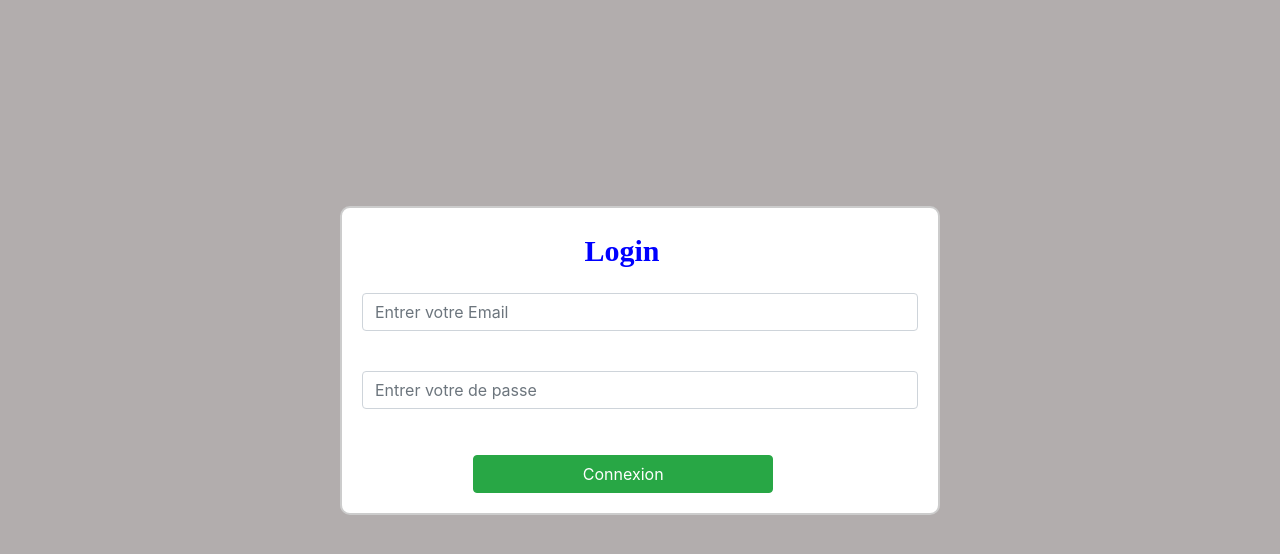
Repository: DiaryRz/FrontWeb
Page: /
The author's editor kept a copy of each file at every save. The page is drawn from the files as they stood at one save, then again after the next save.
The browser window is 1280 px wide. The pictures show the whole page.
The project was rebuilt for these pictures with package versions that can differ from the ones it lists, and the page was loaded fresh each time. Also part of the build but not shown: src/component/css/Header.css, src/component/Header.jsx, src/page/css/AppAffichage.css, src/component/css/NavBar.css, src/component/NavBar.jsx, src/component/css/Model.css, src/component/InsertModel.jsx, src/page/AppAffichage.jsx and 26 more.

Above is the page before, as saved 2024-01-28 21:08:14.

### src/App.js
import AppAffichage from './page/AppAffichage';
import Liste from './page/Carburant';
import InsertionBoiteDeVitesse from './page/BoiteDeVitesse';
import InsertionLieu from './page/Lieu';
import InsertionMarque from './page/Marque';
import ListeDesLieux from './page/SelectLieu';
import Login from './component/Login';
import InsertionCategorie from './component/InsertionCategorie';
import ListeCarburant from './page/ListeCarburant';
import ListeCategorie from './page/ListeCategorie';
import Recherche from './page/Recherche';
import AnnonceAValider from './page/AnnonceAValiderPage';
import Chart from './page/ChartPage';
import { BrowserRouter, Route, Routes } from 'react-router-dom';
import ListeDesVit from './page/ListeBoiteDeVitessePage';
import ListeDesMar from './page/ListeMarquePage';

function App() {
  return (
    <div className="App">
      <BrowserRouter>
        <Routes>
          <Route path='/' element = {<Login/> }></Route>
          <Route path='/insertionModel' element={ <AppAffichage /> }></Route>     {/* Insertion model */}
          <Route path='/InsertionCarburant' element={ <Liste /> }></Route>
          <Route path='/InsertionBoiteDeVitesse' element={ <InsertionBoiteDeVitesse /> }></Route>
          <Route path='/InsertionLieu' element={ <InsertionLieu /> }></Route>
          <Route path='/InsertionMarque' element={ <InsertionMarque /> }></Route>
          <Route path='/SelectLieu' element={ <ListeDesLieux /> }></Route>
          <Route path='/insertionCategorie' element = {<InsertionCategorie/> }></Route>
          <Route path='/ListeCarburant' element = {<ListeCarburant/> }></Route>
          <Route path='/Recherche' element = {<Recherche/> }></Route>
          <Route path='/ListeCategorie' element = {<ListeCategorie/> }></Route>
          <Route path='/ListeBoiteVitesse' element = {<ListeDesVit/> }></Route>
          <Route path='/ListeMarque' element = {<ListeDesMar/> }></Route>
          <Route path='/AnnonceAValider' element = {<AnnonceAValider/> }></Route>
          <Route path='/statistic' element = {<Chart/> }></Route>
        </Routes>
      </BrowserRouter>
    </div>
  );
}

export default App;

### src/component/Login.js
import React, { useState } from 'react';
import { useNavigate } from 'react-router-dom';


 /* Login.css */
 const loginContainer = {
    display:'flex',
    justifyContent: 'center',
    alignItems: 'center',
    height: '100vh',
    background: '#b2adad',
};


const loginForm = {
    width: '600px',
    padding: '20px',
    border: '2px solid #ccc',
    borderRadius:'10px',
    backgroundColor: 'white',

};

const Login = () => {
    const [nomUtilisateur, setnomUtilisateur] = useState('');
    const [mdp, setmdp] = useState('');
    const navigate = useNavigate();

    const Inserer = async (e) => {
        e.preventDefault();
        const lieu = { nomUtilisateur, mdp };

        try {
            const response = await fetch('http://localhost:8081/utilisateurs/verifierUser', {
                method: 'POST',
                headers: { 'Content-Type': 'application/json' },
                body: JSON.stringify(lieu),
            });

            if (!response.ok) {
                throw new Error(`Erreur lors de la requête : ${response.status}`);
            } else {
                const responseData = await response.text();

                localStorage.setItem("token", responseData);
                console.log(localStorage.getItem("token"));
                navigate('/insertionModel');
            }
        } catch (error) {
            console.error('Une erreur s\'est produite lors de la requête :', error.message);
            // Vous pouvez ajouter ici la gestion de l'erreur, par exemple afficher un message à l'utilisateur.
        }
    };


    return (
        <form onSubmit={Inserer}>
           <div style={loginContainer}>
                    <form style={loginForm}>
                        <div style={{ fontSize: '30px',fontFamily:'sansSerif', marginBottom: '20px' ,color:'blue',marginLeft:'40%'}}><b>Login</b></div>
                        <div className="mb-3">
                            <input type="email" className="form-control" placeholder="Entrer votre Email" value={nomUtilisateur} onChange={(e) => setnomUtilisateur(e.target.value)} />
                        </div>
                        <div className="mb-3" style={{marginTop:'40px'}}>
                            <input type="password" className="form-control" placeholder="Entrer votre de passe" value={mdp} onChange={(e) => setmdp(e.target.value)} />
                        </div>
                        <button type="submit" className="btn btn-success" style={{width:'300px',marginTop:'30px',marginLeft:'20%'}}>
                            Connexion
                        </button>
                    </form>

                </div>
        </form>
    );
};

export default Login;

Loaded but not shown: public/index.html (common file); src/index.js (common file); src/index.css (common file); src/reportWebVitals.js (common file); src/assets/bootstrap/css/bootstrap.min.css (library)

After the next save:
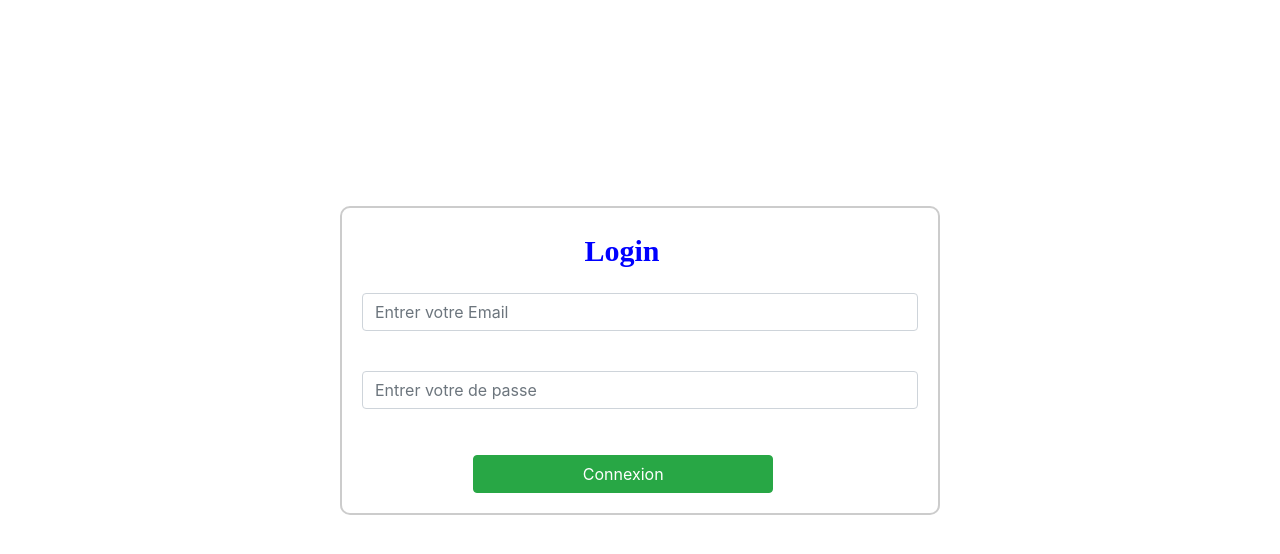
Saved 71 s later.
--- a/src/component/Login.js
+++ b/src/component/Login.js
@@ -8,7 +8,7 @@ import { useNavigate } from 'react-router-dom';
     justifyContent: 'center',
     alignItems: 'center',
     height: '100vh',
-    background: '#b2adad',
+    background: 'rgb(237, 237, 247);',
 };
 
 
